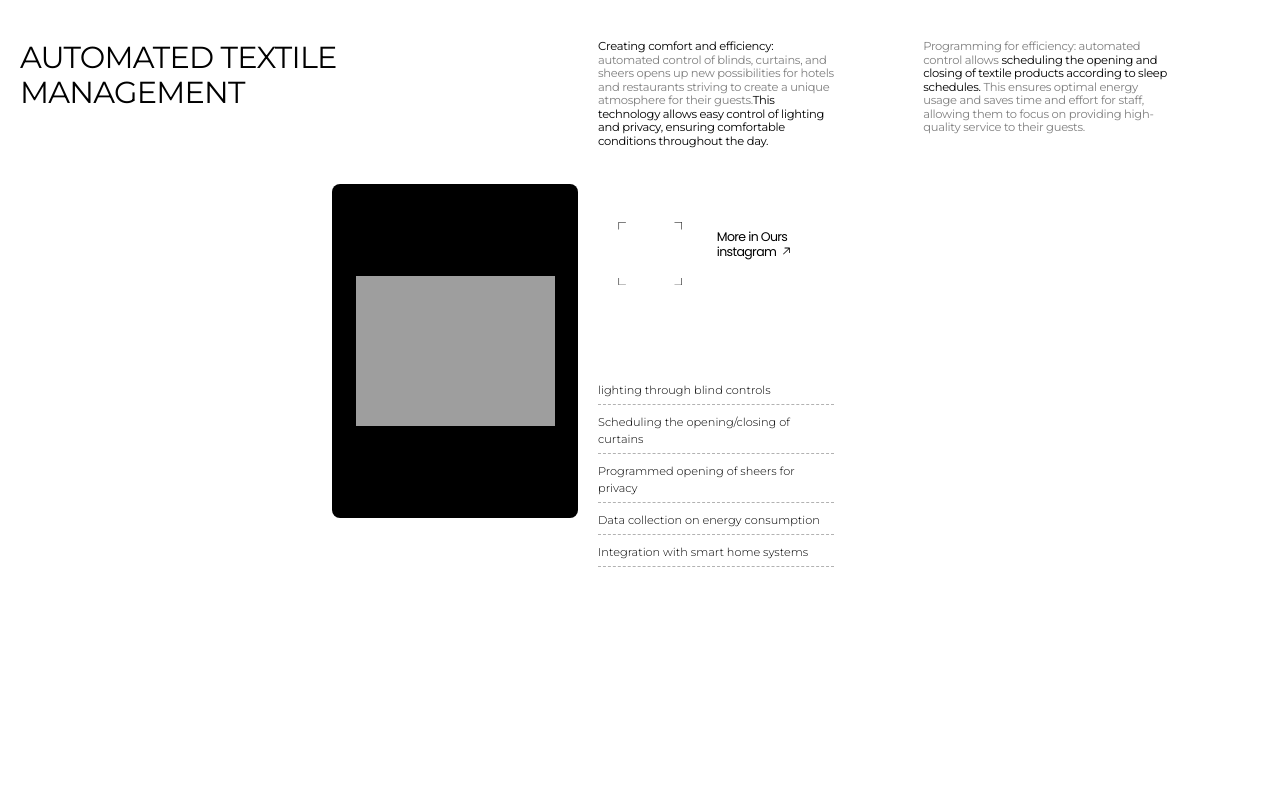
Repository: nikhilsinghrathore1/Shery_02
Page: /
These files come from the project's save history. The page is drawn as it stood at one moment and after the next save; the edit follows.
The browser window is 1280 px wide. The pictures show the part of the page from y = 5688 to 6500 px (the page is 8824 px tall).
Pictures or frames that could not be fetched are drawn as grey boxes. The project was rebuilt for these pictures with package versions that can differ from the ones it lists, and the page was loaded fresh each time. Also part of the build but not shown: vite.config.js.

Above is the page before, as saved 2024-07-20 22:53:37.

### src/App.jsx
import { useState } from 'react'
import reactLogo from './assets/react.svg'
import viteLogo from '/vite.svg'
import './App.css'
import Landing from './pages/Landing'

function App() {
  const [count, setCount] = useState(0)

  return (
    <>
      <Landing/>
    </>
  )
}

export default App

### src/App.css
@font-face {
  font-family: font1;
  src: url("/6624dc4c3f39ffabcd0dc162_Montserrat-VariableFont_wght.ttf");
}
@font-face {
  font-family: font2;
  src: url("/CircularXXWeb-Book\ \(1\).ttf");
}
@font-face {
  font-family: font3;
  src: url("/JTUQjIg1_i6t8kCHKm459WxRyS7m0dR9pA.ttf");
}
@font-face {
  font-family: font4;
  src: url("/JTUSjIg1_i6t8kCHKm459WlhyyTh89Y.ttf");
}
@font-face {
  font-family: font5;
  src: url("/pxiEyp8kv8JHgFVrJJfecnFHGPc.ttf");
}

.f1{
  font-family: font1;
}
.f2{
  font-family: font2;
}
.f3{
  font-family: font3;
}
.f4{
  font-family: font4;
}
.f5{
  font-family: font5;
}

### src/pages/Landing.jsx
import React from 'react'
import MoreInsta from '../components/MoreInsta'
import Nav from '../components/Nav'
import SingleHero from '../components/SingleHero'
import VideoCont from '../components/VideoCont'
import LineText from '../components/LineText';
import IncText from '../components/IncText';
import ThirdSection from '../components/ThirdSection';
import MovingImage from '../components/MovingImage'
import Footer from '../components/Footer'
import { GoArrowLeft } from "react-icons/go";
import { GoArrowRight } from "react-icons/go";
import ScannerSection from '../components/ScannerSection'
import ScannerComp from '../components/ScannerComp'
import XlThird from '../components/XlThird'
// document that tell how a software is supposed to perform need of software engneering modularity-dividing it into chunks for testing and developing independently integrating the core changes continously and deploying them into production enviroment design pattern for solving matrix problem in software design various templates are provided software as a product to deliver computing potential accross network of hardware vehical for delivering the product encapsulation , abstraction adaptability software alows different system contraints by making changes in the software for customer satisfaction rapid delivary differenece btw/ program - product program is a set of instruction in order to achieve a specific taskk product - set of programs software products is defined as set of programs with proper documentation and license program is smaller is size because it is one of the stage involved in software development software product folows a lifecycle which involves feasibility studying so it is larger in size program can be created by a single user products are developed by a team of many people progam lacks documentation , product is well documented

let Dtext=[["curtains","blackout curtains", "sheer","anti-vandal sheers" ,"no-noice curtain rods" , "decorative pillows","table runner" , "table cloth","napkins"],["curtains","sheers","tablecloths" , "napkins" ,"wooden blinds" ,"sunshades"]]

const Landing = () => {
  return (
    <div className='w-full overflow-hidden'>
               {/* this is the first image gallery part */}
               <div className='w-full h-[400vh] relative '>
               <Nav/>
               <SingleHero img={"https://cdn.prod.website-files.com/6613fb0aff6a7761bf9a817d/66267f01781250e3c4f8ed19_hero-01-p-1080.webp"} text={"hotel"}/>
               <SingleHero img={"https://cdn.prod.website-files.com/6613fb0aff6a7761bf9a817d/66267f00e43626f944ce0076_hero-02-p-1080.webp"} text={"restaurant"}/>
               <SingleHero img={"https://cdn.prod.website-files.com/6613fb0aff6a7761bf9a817d/66267f011d36d94902bbbcd3_hero-03-p-1080.webp"} text={"catering"}/>
               <SingleHero img={"https://cdn.prod.website-files.com/6613fb0aff6a7761bf9a817d/66267f0015a49ebd0cb05e50_hero-04-p-1080.webp"} text={"+automative"}/>
               </div>

               {/* this is the second text wala part  */}

               <div className='w-full  h-[120vh] sm:h-[99vh] xl:h-[105vh] px-4   pt-32 sm:pt-24 xl:pt-[230px] leading-[42px]'>
                              {/* this is the variable weight text */}
                              <div className='w-full xl:h-[30%] h-fit f4 text-[32px] xl:text-[60px] xl:font-light xl:leading-[70px] font-semibold text-black uppercase '>
                                             <p className='xl:pl-3'><span className='pl-44 xl:pl-[330px]'>full</span> responsibility from project to implementation.</p>
                              </div>



                              <div className='f4 text-[13px] xl:hidden sm:text-[14px] md:text-[14.5px] font-semibold mt-10 leading-none'>
                                             <p>More about us</p>
                                             <p className='mt-3 leading-[16px] sm:leading-[18px] sm:text-[13px] md:text-[14px] md:leading-[20px] font-semibold'>The textile production Velours HoReCa was founded in Lviv in 2005. <span className='opacity-60'>Our activity is focused on professionally outfitting the interiors of hotels, restaurants, cafes, and bars with textile products.</span></p>
                              </div>

                              <div className='w-full xl:hidden flex h-[50vh]  mt-12  '>
                                             <div className='w-1/2 h-full flex justify-end pt-3'>
                                                            <VideoCont/>
                                             </div>
                                             <div className='w-1/2 h-full flex flex-col justify-between pl-3 pb-16 sm:pb-28 md:pb-[120px] f5 font-light'>

                                                            <div className='w-full leading-[17px] md:leading-[18px]  text-[13px] md:text-[13.5px]'>
                                                                           <p>With extensive experience in the Horeca sector - 18 years </p>
                                                                           <p className='opacity-70'>[as of 2024]</p>

                                                                           <div className='border-y-[1px] border-black/20 py-1 mt-3'>
                                                                                          <p>We offer both warranty and post-warranty servicing.</p>
                                                                           </div>
                                                            </div>

                                                            <div className='f4 pl-2'>
                                                                           <MoreInsta/>
                                                            </div>



                                             </div>
                              </div>

                             <ScannerSection/>

               </div>

          <ThirdSection/>


          {/* this is the xl visible third section  */}

         <XlThird text={"IDEAL TEXTILES FOR A COZY HOTEL AMBIANCE"} img={"https://cdn.prod.website-files.com/6613fb0aff6a7761bf9a817d/662a45b9e8c97f8a31a8f96a_slider-01-05-p-500.webp"}/>

                {/* this is the 3d text area */}
                <div className='w-full xl:w-[100%]  pt-8  sm:pt-5 md:pt-0 flex h-[100vh] sm:h-[83vh] md:h-[77vh] xl:h-[120vh] xl:pl-4'>
               <div className='w-[80%] xl:w-[73%]    uppercase leading-none f1 text-[34px] sm:text-[35.5px] md:text-[36.5px] xl:text-[4.5rem]  pl-3 opacity-90 tracking  h-full '>

                              {Dtext[0].map((e,i)=>(<div className='rot w-full'> <h1 key={i} className='mt-[14px] rote md:mt-[15px] xl:mt-[9px]'>{e}</h1></div>))}

               </div>

              <div className='hidden xl:block w-[27%]  h-full '>
                  <p className='text-[11.3px] f1 w-[69.5%] leading-[14px]  tracking-tight'>Create an atmosphere of comfort and coziness <span className='opacity-50'>in your hotel with our diverse range of high-quality textiles.</span> Our assortment includes curtains, sheers, decorative pillows, bed runners, and much more to meet all your room décor needs.</p>
              </div>
         </div>

            {/* this is the automative section */}
            {/*  this is a very big section literaly gand phat gayi or maybe mujhe neend aarahi thi isliye but almost hogaya*/}
            <div className='w-full xl:hidden h-[200vh] sm:h-[160vh] md:h-[150vh] px-4 '>
              {/* this is the video section */}
                      <div className='w-full h-[34vh] overflow-hidden rounded-lg'>
                            <video autoPlay muted loop className='w-full h-full object-cover' src="https://cdn.prod.website-files.com/6613fb0aff6a7761bf9a817d%2F6649e6d401492fd39ce57892_IMG_1559-transcode.webm"></video>
                      </div>
              {/* this is the main text area */}
                      <div className='w-[80%] f1 uppercase text-[28px] sm:text-[30px] md:text-[32px] leading-[31px] sm:leading-[33px] md:leading-[35px] mt-5'>
                          <h1>automated textile management</h1>
                      </div>

              {/* this is the paragraph area */}
                      <div>
                          <p className='leading-[16px]  mt-8 text-[12px] sm:text-[13px] md:text-[14px] sm:leading-[17px] md:leading-[18px] f5'>Creating comfort and efficiency: <span className='opacity-60'>automated control of blinds, curtains, and sheers opens up new possibilities for hotels and restaurants striving to create a unique atmosphere for their guests. </span> This technology allows easy control of lighting and privacy, ensuring comfortable conditions throughout the day.</p>
                          <p className='leading-[16px]  mt-6 text-[12px] sm:text-[13px] md:text-[14px] sm:leading-[17px] md:leading-[18px] f5'><span className='opacity-60'>Programming for efficiency: automated control allows</span> scheduling the opening and closing of textile products according to sleep schedules. <span className='opacity-60'>This ensures optimal energy usage and saves time and effort for staff, allowing them to focus on providing high-quality service to their guests.</span></p>
                      </div>

                      <div className='w-full h-[63vh] relative'>
                        {/* this is the black bg images of remote kinda thingy could be viberator if you have imagination or need  */}
                          <div className='w-[35%] absolute flex items-center justify-center top-10 right-8 sm:right-6 sm:top-8 h-[45%] bg-black rounded-lg'>
                            <img className='w-[90%] h-[90%] object-contain' src="https://cdn.prod.website-files.com/6613fb0aff6a7761bf9a817d/662b5a9bf1e1110165fff749_pult.webp" alt="not showing" />
                          </div>

                          {/* this is the video cont section  */}
                          <div className='w-[52%] h-[85%] absolute top-[215px] left-0'>
                              <VideoCont/>
                          </div>

                          <div className='absolute -bottom-20 sm:-bottom-4 md:-bottom-0 right-[60px] '>
                          <MoreInsta/>
                          </div>
                      </div>
                          <div className='mt-24 md:mt-20  h-[50vh] w-full pt-8 sm:pt-0 '>
                                   <LineText text={"Lighting control through blinds"}/>
                                   <LineText text={"Scheduling the opening/closing of curtains"}/>
                                   <LineText text={"Programmed opening of sheers for privacy"}/>
                                   <LineText text={"Data collection on energy consumption"}/>
                                   <LineText text={"Integration with smart home systems"}/>
                          </div>
            </div>

            {/* this is the xl visible automative section */}

            <div className='w-full h-[200vh] hidden xl:block px-5'>
                                {/* the image div */}
                                <div className='w-full h-[75vh] rounded-lg bg-black overflow-hidden relative'>
                                  <video className='w-full h-full object-cover' src="https://cdn.prod.website-files.com/6613fb0aff6a7761bf9a817d%2F6649e6d401492fd39ce57892_IMG_1559-transcode.webm"></video>
                                    <div className='w-[20%] h-[69%] p-[2px] bg-white rounded-lg  absolute top-20 right-10'>
                                      <div className='w-full h-[83%] rounded-lg '>
                                        <img className='w-full h-full object-cover' src="https://cdn.prod.website-files.com/6613fb0aff6a7761bf9a817d/662b9663c0b2b57483d6e6d8_auto-01-p-500.webp" alt="not showing" />
                                      </div>
                                      <div className='w-full h-[17%] flex justify-between  gap-2 items-center'>
                                        {/* the left arrow container */}
                                        <div className='relative w-[20%] flex justify-center'>
                                        <svg xmlns="http://www.w3.org/2000/svg" width="70%" height="70%" viewBox="0 0 40 40" fill="none">  <path fill-rule="evenodd" clip-rule="evenodd" d="M31.9998 40H39H40V39V32.0001H39V39H31.9998V40ZM39 8.00008H40V1V0H39H31.9998V1H39V8.00008ZM7.99983 40V39H1V32.0001H0V39V40H1H7.99983ZM0 8.00008H1V1H7.99983L7.99983 0H1H0V1V8.00008Z" fill="black"></path></svg>
                                          <div className='absolute top-[10px] left-[16px] text-[16px]'>
                                          <GoArrowLeft/>
                                        </div>
                                        </div>
                                          {/* the main text section */}

                                        <div className='w-[60%] h-full flex items-center justify-center'>
                                                <img className='w-full h-full object-contain' src="https://cdn.prod.website-files.com/6613fb0aff6a7761bf9a817d/663bd2dc28d47d07239c35c2_velours-horeca.svg" alt="not showing" />
                                        </div>

                                        {/* this is the right arrow section */}

                                        <div className='relative w-[20%] flex justify-center'>
                                        <svg xmlns="http://www.w3.org/2000/svg" width="70%" height="70%" viewBox="0 0 40 40" fill="none">  <path fill-rule="evenodd" clip-rule="evenodd" d="M31.9998 40H39H40V39V32.0001H39V39H31.9998V40ZM39 8.00008H40V1V0H39H31.9998V1H39V8.00008ZM7.99983 40V39H1V32.0001H0V39V40H1H7.99983ZM0 8.00008H1V1H7.99983L7.99983 0H1H0V1V8.00008Z" fill="black"></path></svg>
                                        <div className='absolute top-[10px] left-[16px] text-[16px]'>
                                          <GoArrowRight/>
                                        </div>
                                        </div>

                                      </div>


                                    </div>
                                </div>
                                {/* below image section */}
                                <div className='w-full h-[120vh] xl:h-[100vh] mt-10 flex'>
                                    {/* first section of the automated texttile section   */}
                                  <div className='w-[45%] h-full'>
                                    {/* this is the text section  */}
                                    <div className='w-full leading-[2.2rem] h-[20%] flex uppercase text-[1.9rem] f1 tracking-tight items-start'>
                                      <p className='w-[60%]'>automated textile management</p>
                                    </div>
                                      {/* the below image */}
                                          <div className='w-full h-[80%] flex justify-end'>
                                            <div className='w-[44%] flex items-center justify-center h-[58%] rounded-lg bg-black'>
                                              <img className='w-[81%] h-[81%] object-contain' src="https://cdn.prod.website-files.com/6613fb0aff6a7761bf9a817d/662b5a9bf1e1110165fff749_pult.webp" alt="not showing" />
                                            </div>
                                          </div>
                                  </div>
                                  {/* this is the second section  */}

                                  <div className='w-[24%] h-[78%] pb-20   pl-5'>
                                              <div className='w-full h-full flex flex-col justify-between  '>
                                                {/* this is the text line  */}
                                                <p className='text-[11.5px] w-[86%] tracking-tight f1 leading-[13.5px]'>Creating comfort and efficiency: <span className='opacity-50'>automated control of blinds, curtains, and sheers opens up new possibilities for hotels and restaurants striving to create a unique atmosphere for their guests.</span>This technology allows easy control of lighting and privacy, ensuring comfortable conditions throughout the day.</p>
                                                {/* this is the more insta section  */}
                                                <div className='w-[100%] h-[40%] mt-10' >
                                                <div className='w-[100%] mt-2 h-[50%] flex items-end '>
               <div className='w-[50%] pr-4 h-full pt-5 flex items-center  '>

               <svg xmlns="http://www.w3.org/2000/svg" width="85%" height="85%" viewBox="0 0 100 100" fill="none">
<path fill-rule="evenodd" clip-rule="evenodd" d="M88.3333 100H99.1667H100V99.1667V88.3333H99.1667V99.1667H88.3333V100ZM99.1667 11.6667H100V0.833333V0H99.1667H88.3333V0.833333H99.1667V11.6667ZM11.6667 100V99.1667H0.833333V88.3333H0L0 99.1667V100H0.833333H11.6667ZM0 11.6667H0.833333V0.833333H11.6667V0H0.833333H0V0.833333L0 11.6667Z" fill="black"></path>
</svg>
               </div>

               <div className='flex items-end pb-8 -ml-5 w-[45%]'>
                 <MoreInsta/>
               </div>
                                                </div>
                                                </div>
                                              {/* this is the last line section */}
                                                <div className='w-full h-[30%]'>
                                                <div className='w-[85%] border-dashed border-b-[1px] border-black/30 py-[5px] text-[11.3px] f1 font-light'>
                                                                <p>lighting through blind controls</p>
                                                              </div>
                                                <div className='w-[85%] border-dashed border-b-[1px] mt-1 border-black/30 py-[5px] text-[11.3px] f1 font-light'>
                                                                <p>Scheduling the opening/closing of curtains</p>
                                                              </div>
                                                <div className='w-[85%] border-dashed border-b-[1px] mt-1 border-black/30 py-[5px] text-[11.3px] f1 font-light'>
                                                                <p>Programmed opening of sheers for privacy</p>
                                                              </div>
                                                <div className='w-[85%] border-dashed border-b-[1px] mt-1 border-black/30 py-[5px] text-[11.3px] f1 font-light'>
                                                                <p>Data collection on energy consumption</p>
                                                              </div>
                                                <div className='w-[85%] border-dashed border-b-[1px] mt-1 border-black/30 py-[5px] text-[11.3px] f1 font-light'>
                                                                <p>Integration with smart home systems</p>
                                                              </div>
                                                </div>

                                              </div>
                                  </div>

                                  <div className='w-[24%] h-fit flex justify-end'>
                                    <p className='text-[11.5px] w-[84%] tracking-tight f1 leading-[13.5px]'> <span className='opacity-50  '>Programming for efficiency: automated control allows</span> scheduling the opening and closing of textile products according to sleep schedules. <span className='opacity-50'>This ensures optimal energy usage and saves time and effort for staff, allowing them to focus on providing high-quality service to their guests.</span></p>
                                  </div>

                                </div>
            </div>


{/*  */}
            <IncText/>

            <ThirdSection/>

            <div className='w-full pt-8 sm:pt-0 flex h-[60vh] sm:h-[48vh] md:h-[45vh]'>
               <div className='w-[80%]  uppercase leading-none f1 text-[34px] sm:text-[35.5px] md:text-[36.5px] pl-3 opacity-90 tracking  h-full '>

                              {Dtext[1].map((e,i)=>( <h1 key={i} className='mt-[14px] md:mt-[15px]'>{e}</h1>))}

               </div>
         </div>


           <MovingImage/>

           <Footer/>






    </div>
  )
}

export default Landing

### src/components/MoreInsta.jsx
import React from 'react'
import { GoArrowUpRight } from "react-icons/go";

const MoreInsta = () => {
  return (
    <div className=' leading-[16px] md:leading-[18px]  tracking-tighter  text-[13px] md:text-[14.8px] xl:text-[12.5px]  xl:leading-[15px] text-black f5 font-light'>
               <p>More in Ours</p>
               <p className='flex items-center gap-1'>instagram <span><GoArrowUpRight/></span></p>
    </div>
  )
}

export default MoreInsta

### src/components/SingleHero.jsx
import React from 'react'

const SingleHero = ({img , text}) => {
  return (
    <div className='w-full h-[100vh] relative'>
               <div className='absolute bg-black/10 xl:bg-transparent flex items-center justify-center w-full xl:pb-[56px]  h-full top-0'>
                              <h1 className='uppercase text-[44px] md:text-[50px] xl:text-[56px] f4 font-bold tracking-wider text-white'>{text}</h1>
               </div>
               <img className='w-full h-full object-cover' src={img} alt="not showing" />
    </div>
  )
}

export default SingleHero

### src/components/LineText.jsx
import React from 'react'

const LineText = ({text}) => {
  return (
               <div className='p-[7px] xl:py-[10px] xl:leading-[15px] xl:text-[12px] xl:w-[80%] border-dashed border-b-[1px] text-[13px] sm:text-[13.8px] md:text-[14.5px] f1 border-black/30'>
               <p>{text}</p>
               </div>
  )
}

export default LineText

Loaded but not shown: index.html (common file); src/main.jsx (common file); src/index.css (common file); tailwind.config.js (26 lines, source omitted); src/components/XlThird.jsx (61 lines, source omitted); src/components/ThirdSection.jsx (39 lines, source omitted); src/components/Nav.jsx (54 lines, source omitted); src/components/ScannerSection.jsx (40 lines, source omitted); src/components/MovingImage.jsx (33 lines, source omitted); src/components/Footer.jsx (31 lines, source omitted); src/components/VideoCont.jsx (17 lines, source omitted); src/components/ScannerComp.jsx (22 lines, source omitted); src/components/IncText.jsx (18 lines, source omitted)

After the next save:
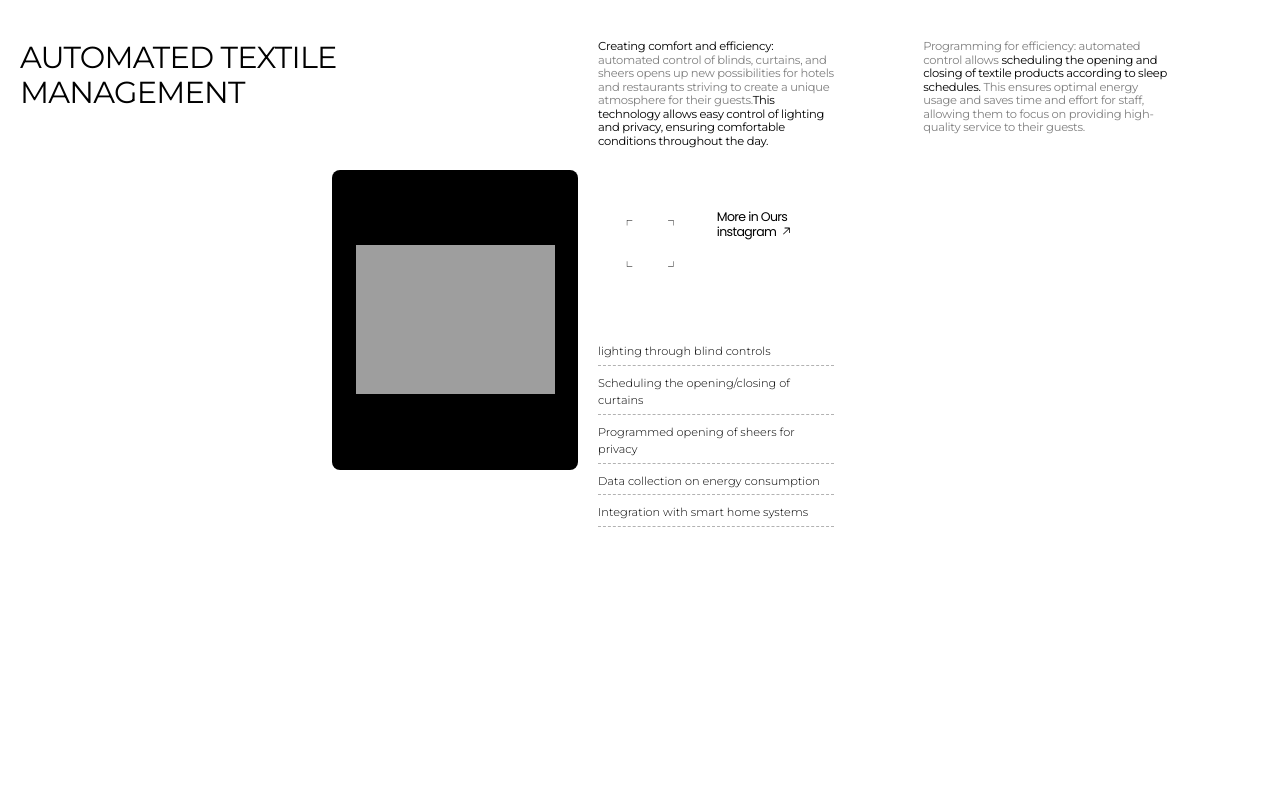
Saved 8 s later.
--- a/src/pages/Landing.jsx
+++ b/src/pages/Landing.jsx
@@ -173,7 +173,7 @@ const Landing = () => {
                                     </div>
                                 </div>
                                 {/* below image section */}
-                                <div className='w-full h-[120vh] xl:h-[100vh] mt-10 flex'>
+                                <div className='w-full h-[120vh] xl:h-[90vh] mt-10 flex'>
                                     {/* first section of the automated texttile section   */}
                                   <div className='w-[45%] h-full'>
                                     {/* this is the text section  */}
